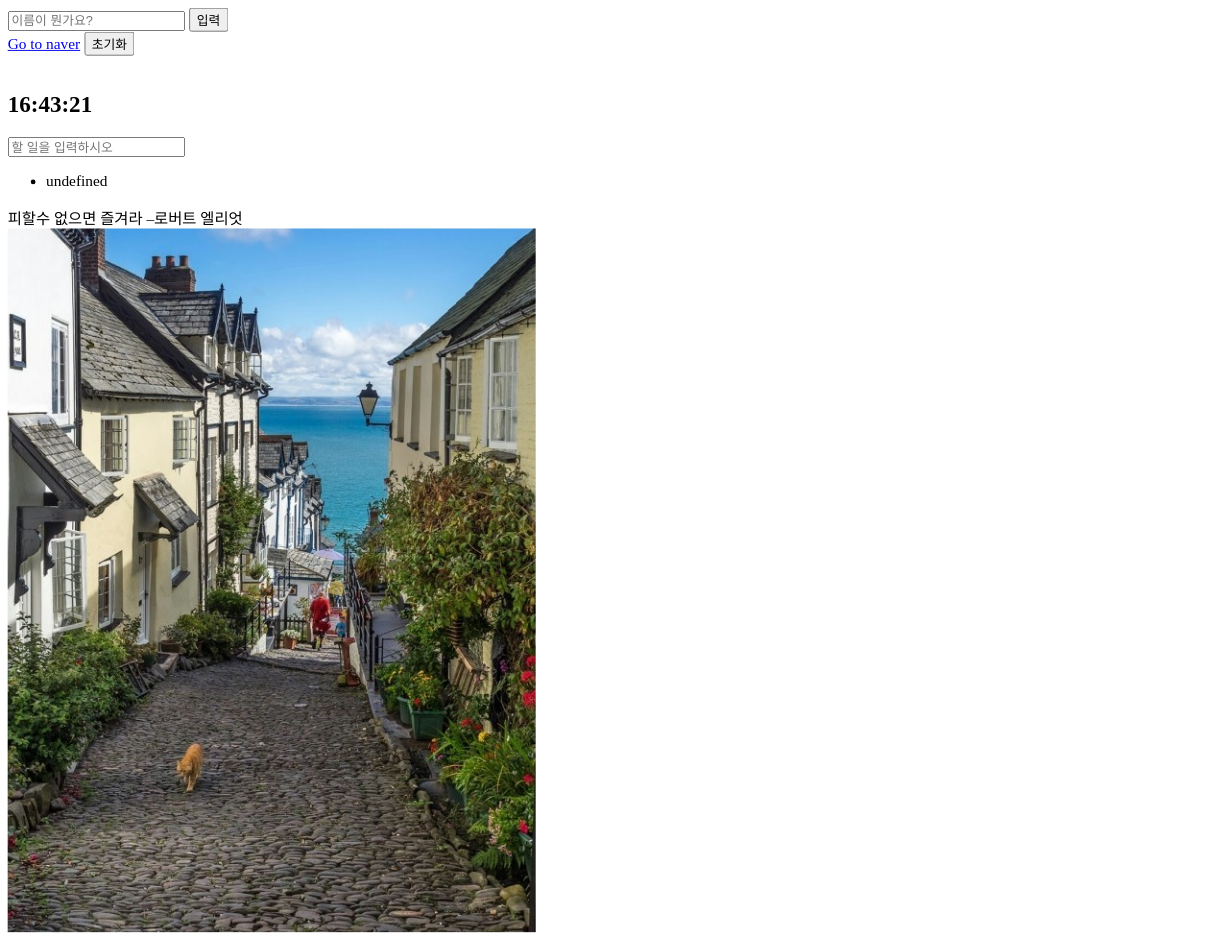
Repository: jun01270/F-E-practice
Page: index.html
These files come from the project's save history. The page is drawn as it stood at one moment and after the next save; the edit follows.
The browser window is 1280 px wide. The pictures show the whole page, at 96% of full size.

Above is the page before, as saved 2022-12-23 11:22:32.

After the next save:
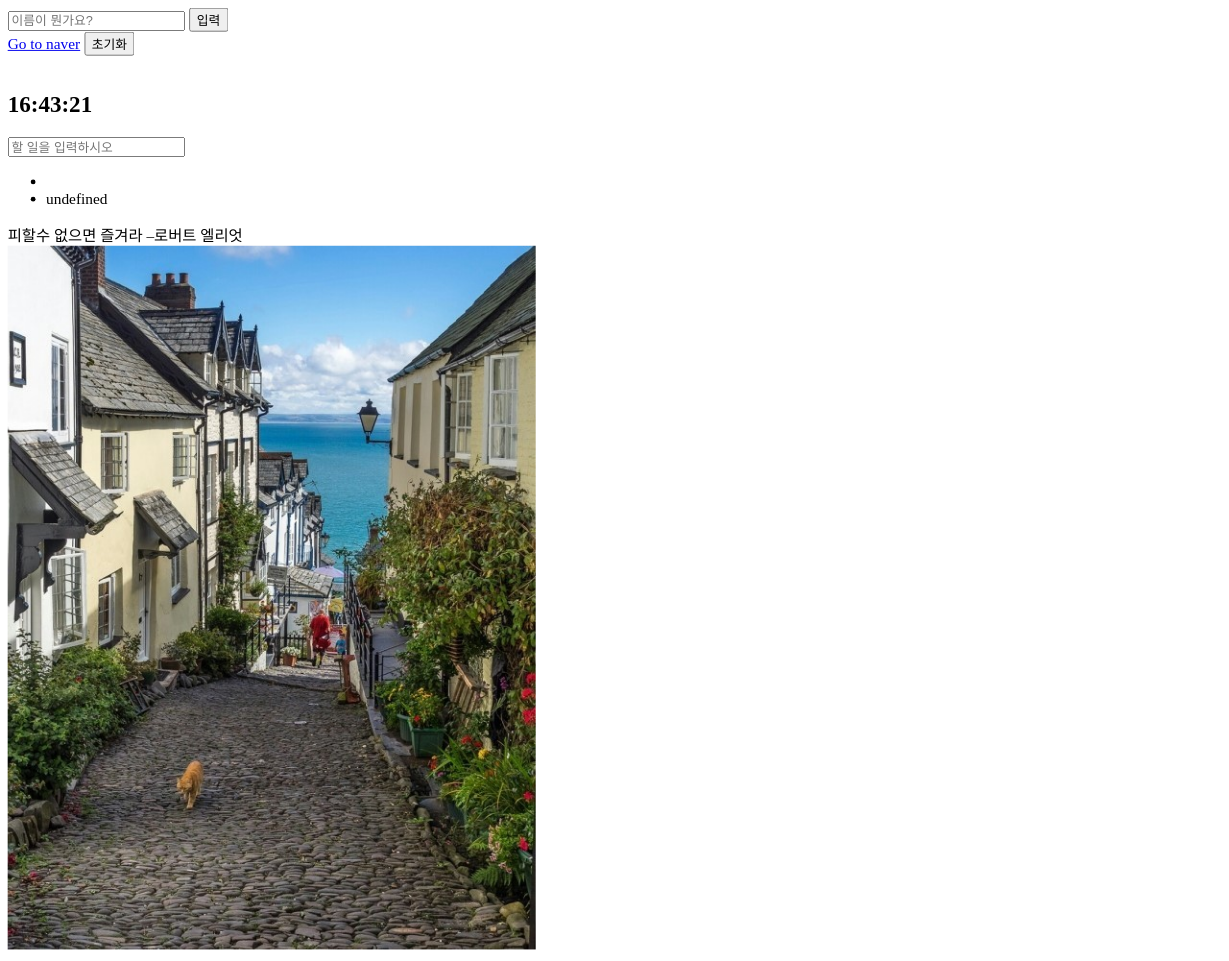
Saved 60 s later.
--- a/index.html
+++ b/index.html
@@ -22,7 +22,9 @@
     <form id="todo-form">
       <input type="text" placeholder="할 일을 입력하시오" />
     </form>
-    <ul id="todo-list"></ul>
+    <ul id="todo-list">
+      <li></li>
+    </ul>
     <div id="quote">
       <span></span>
       <span></span>
